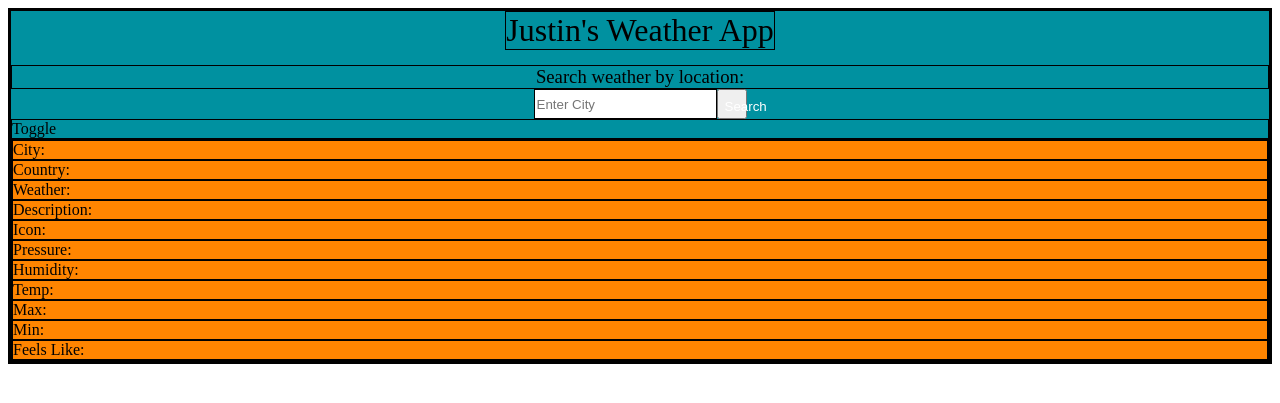
Repository: J-Haze/Weather
Page: /
These files come from the project's save history. The page is drawn as it stood at one moment and after the next save; the edit follows.
The browser window is 1280 px wide. The pictures show the whole page.
The project was rebuilt for these pictures with package versions that can differ from the ones it lists, and the page was loaded fresh each time. Also part of the build but not shown: src/index.css.

Above is the page before, as saved 2020-09-06 17:08:17.

### public/index.html
<!DOCTYPE html>
<html lang="en">
  <head>
    <meta charset="utf-8" />
    <link rel="icon" href="%PUBLIC_URL%/favicon.ico" />
    <meta name="viewport" content="width=device-width, initial-scale=1" />
    <meta name="theme-color" content="#000000" />
    <meta
      name="description"
      content="Web site created using create-react-app"
    />
    <link rel="apple-touch-icon" href="%PUBLIC_URL%/logo192.png" />
    <!--
      manifest.json provides metadata used when your web app is installed on a
      user's mobile device or desktop. See https://developers.google.com/web/fundamentals/web-app-manifest/
    -->
    <link rel="manifest" href="%PUBLIC_URL%/manifest.json" />
    <!--
      Notice the use of %PUBLIC_URL% in the tags above.
      It will be replaced with the URL of the `public` folder during the build.
      Only files inside the `public` folder can be referenced from the HTML.

      Unlike "/favicon.ico" or "favicon.ico", "%PUBLIC_URL%/favicon.ico" will
      work correctly both with client-side routing and a non-root public URL.
      Learn how to configure a non-root public URL by running `npm run build`.
    -->
    <title>Weather App ⛅</title>
  </head>
  <body>
    <noscript>You need to enable JavaScript to run this app.</noscript>
    <div id="root"></div>
    <!--
      This HTML file is a template.
      If you open it directly in the browser, you will see an empty page.

      You can add webfonts, meta tags, or analytics to this file.
      The build step will place the bundled scripts into the <body> tag.

      To begin the development, run `npm start` or `yarn start`.
      To create a production bundle, use `npm run build` or `yarn build`.
    -->
  </body>
</html>

### src/App.js
import React from "react";
import "./App.css";
import Weather from "./components/Weather"
// import Results from "./components/Results"

function App() {
  return (
    <div className="App" >
        <Weather />
    </div >
  )

}

export default App;

### src/App.css
:root{
    --light-blue: rgb(0,145,160);
    --orange: rgb(255, 133, 0);
    --dark-blue: rgb(0, 39, 96);
}

div {
    border: solid black 1px;
}

header{
    background-color: var(--light-blue);
    display: flex;
    flex-direction: column;
    margin-left: auto;
    margin-right: auto;
    justify-content: center;
}

#title{
    display: flex;
    margin-left: auto;
    margin-right: auto;
    justify-content: center;
    /* align-items: center; */
    font-size: 2em;
    margin-bottom: 15px;

    border: 1px solid black;
}

#subtitle{
    display: flex;
    justify-content: center;
     align-items: center;
     margin-top: none;
     margin-bottom: none;
    font-size: 1.17em;

    border: 1px solid black;
}

#form{
    display: flex;
}

#search-box{
    display: flex;
        margin-left: auto;
    justify-content: center;
     align-items: center;

    border: 1px solid black;
}

#search-button{
    margin-right: auto;

      position: relative;
  width: 30px;
  height: 30px;
  line-height: 30px;
  color: white;
  flex-shrink: 0;
}

#results-section{
    background-color: var(--orange)
}

.fa-search-location{
    height: 100%;
    width: 100%;
    color: black;
}

### src/components/Weather.js
import React from 'react';
// import getWeather from "./getWeather";
import { useState, useEffect } from 'react';
import "../App.css";
// import { getIconClass, makeDate } from '../Helpers';


const Weather = () => {

    let [error, setError] = useState(false);
    let [loading, setLoading] = useState(false);
    let [errorMessage, setErrorMessage] = useState("");

    let [location, setLocation] = useState("");
    const [data, setData] = useState(null);
    const [url, setUrl] = useState("")

    const [city, setCity] = useState("");
    const [country, setCountry] = useState("");
    const [weather, setWeather] = useState("");
    const [description, setDescription] = useState("");
    const [icon, setIcon] = useState("");
    const [pressure, setPressure] = useState("");
    const [humidity, setHumidity] = useState("");

    const [temp, setTemp] = useState("");
    const [max, setMax] = useState("");
    const [min, setMin] = useState("");
    const [feel, setFeel] = useState("");

    //to keep API hidden:
    //const API_KEY = process.env.REACT_APP_API_KEY;
    const API_KEY = process.env.REACT_APP_API_KEY;




    const handleChange = (event) => {
        event.preventDefault();
        setLocation(event.target.value);
        console.log("event.target.value:", event.target.value)
    };

    const handleSubmit = (event) => {
        event.preventDefault();
        let urlInput = `https://api.openweathermap.org/data/2.5/weather?q=${location}&appid=${API_KEY}`
        setUrl(urlInput)
    };

    useEffect(() => {
        if (!url) return;
        console.log("url:", url)
        const fetchWeather = async () => {
            setLoading(true);
            setError(false);
            try {
                const response = await fetch(url);
                const data = await response.json();
                console.log()
                if (data.cod !== 200) throw new Error(`${data.cod}: ${data.message}`);
                setData(data);
                setCity(data.name);
                setCountry(data.sys.country)
                // date: makeDate(),
                setWeather(data.weather[0].main);
                setDescription(data.weather[0].description);
                setIcon(data.weather[0].icon)
                //^^ get picture based on what the icon is
                setPressure(data.main.pressure);
                setHumidity(data.main.humidity);
                setTemp(data.main.temp);
                setMax(data.main['temp_max']);
                setMin(data.main['temp_min']);
                setFeel(data.main['feels_like']);
            } catch (error) {
                setError(true);
                setErrorMessage(error.message);
                console.log(error);
            }
        };
        setLoading(false);
        fetchWeather();
    },
        [url]
    );

    console.log(error,loading,errorMessage,data)

    return (
        <div id="app">
            <header id="header">
                <div id="title" >Justin's Weather App</div>
                <div id="subtitle"> Search weather by location:</div>
                <form onSubmit={handleSubmit} id="form">
                    <input
                        type="text"
                        name="location"
                        placeholder="Enter City"
                        maxLength="50"
                        value={location || ""}
                        onChange={handleChange}
                        id="search-box"
                    />
                    <button type="submit" id="search-button">
                        <i class="fas fa-search-location"></i>
                        Search
                    </button>
                </form>
                <div> Toggle </div>
            </header>
            <main id="results-section">
                <div>
                    <div>City: {city}</div>
                    {/* <div>State: {state}</div> */}
                    <div>Country: {country}</div>
                    <div>Weather: {weather}</div>
                    <div>Description: {description}</div>
                    <div>Icon: {icon}</div>
                    {/* ^^Get picture based on what the icon data is */}
                    <div>Pressure: {pressure}</div>
                    <div>Humidity: {humidity}</div>

                    <div>Temp: {temp}</div>
                    <div>Max: {max}</div>
                    <div>Min: {min}</div>
                    <div>Feels Like: {feel}</div>
                </div>
            </main>
        </div>
    )

}

export default Weather

Loaded but not shown: src/index.js (common file); src/serviceWorker.js (common file)

After the next save:
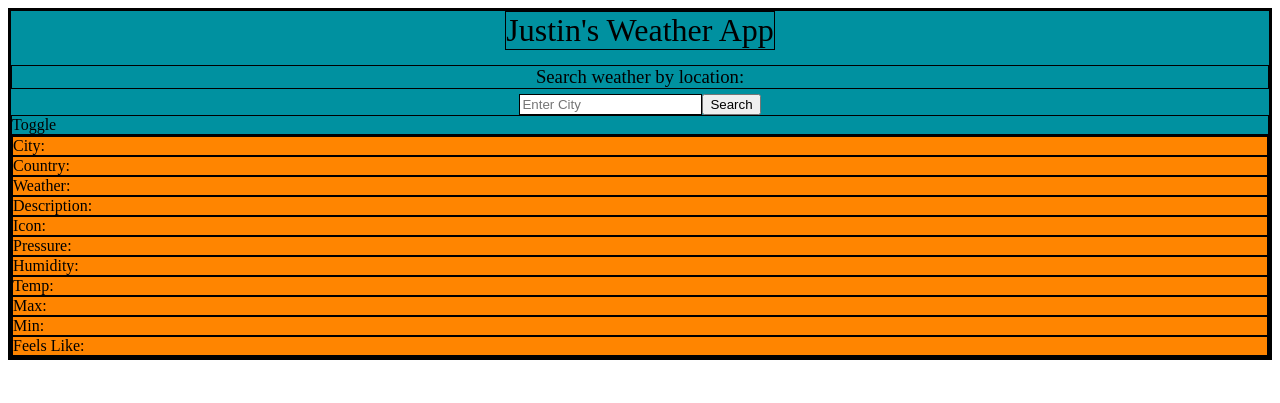
Saved 21 s later.
--- a/src/App.css
+++ b/src/App.css
@@ -34,7 +34,7 @@ header{
     justify-content: center;
      align-items: center;
      margin-top: none;
-     margin-bottom: none;
+     margin-bottom: 5px;;
     font-size: 1.17em;
 
     border: 1px solid black;
@@ -57,10 +57,10 @@ header{
     margin-right: auto;
 
       position: relative;
-  width: 30px;
-  height: 30px;
-  line-height: 30px;
-  color: white;
+  /* width: 30px; */
+  /* height: 30px;
+  line-height: 30px; */
+  color: black;
   flex-shrink: 0;
 }
 
